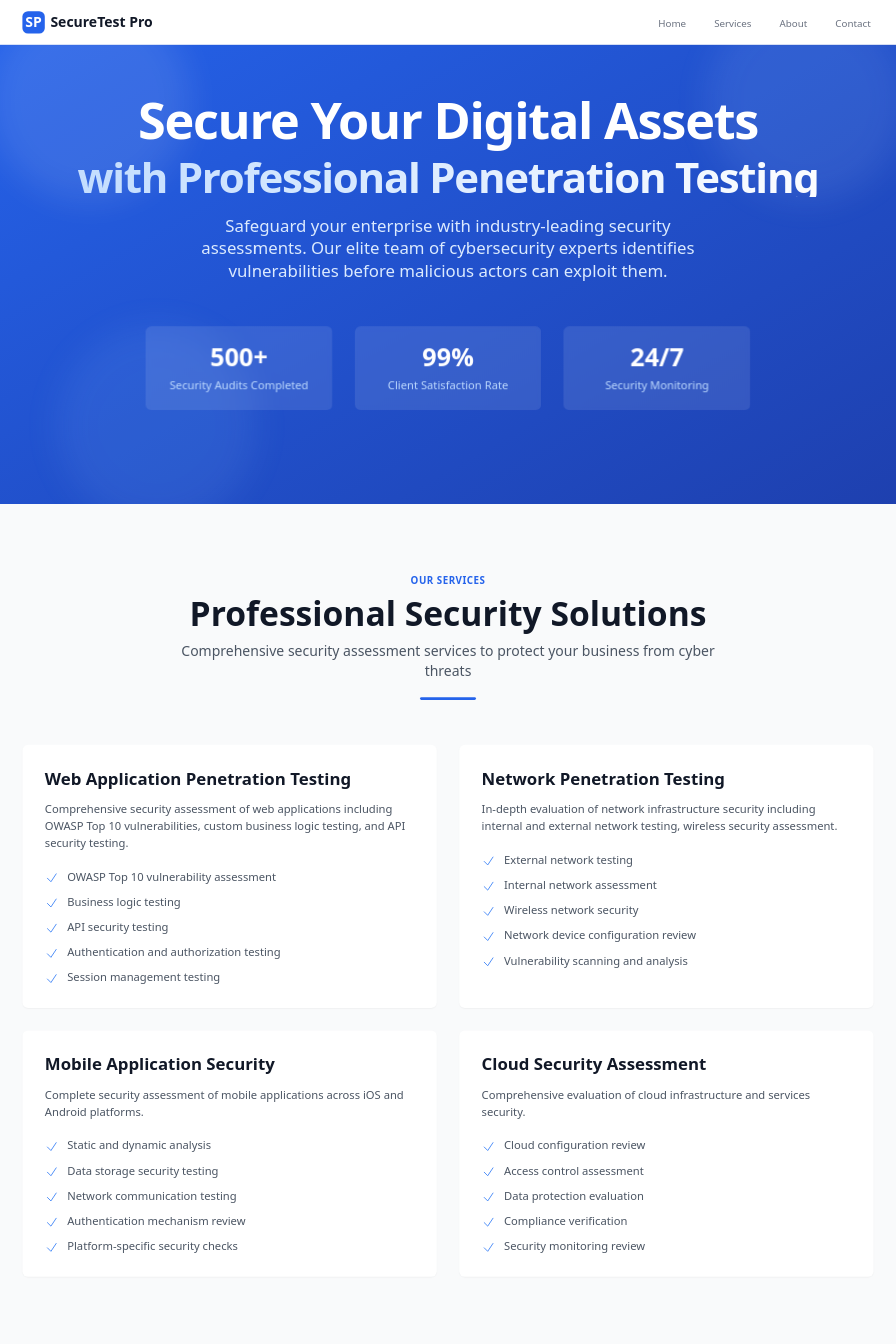
Repository: ZSayless/Penetration-test
Page: /
An editor plug-in stored every save of this project. The page is shown before and after the next save, followed by the edit.
The browser window is 1280 px wide. The pictures show the part of the page from y = 0 to 1920 px (the page is 8123 px tall before and 8303 px after), at 70% of full size.
The project was rebuilt for these pictures with package versions that can differ from the ones it lists, and the page was loaded fresh each time. The framework's server and built-in components were replaced by stand-ins that run in the browser. Also part of the build but not shown: next.config.js.

Above is the page before, as saved 2024-12-06 10:24:37.

After the next save:
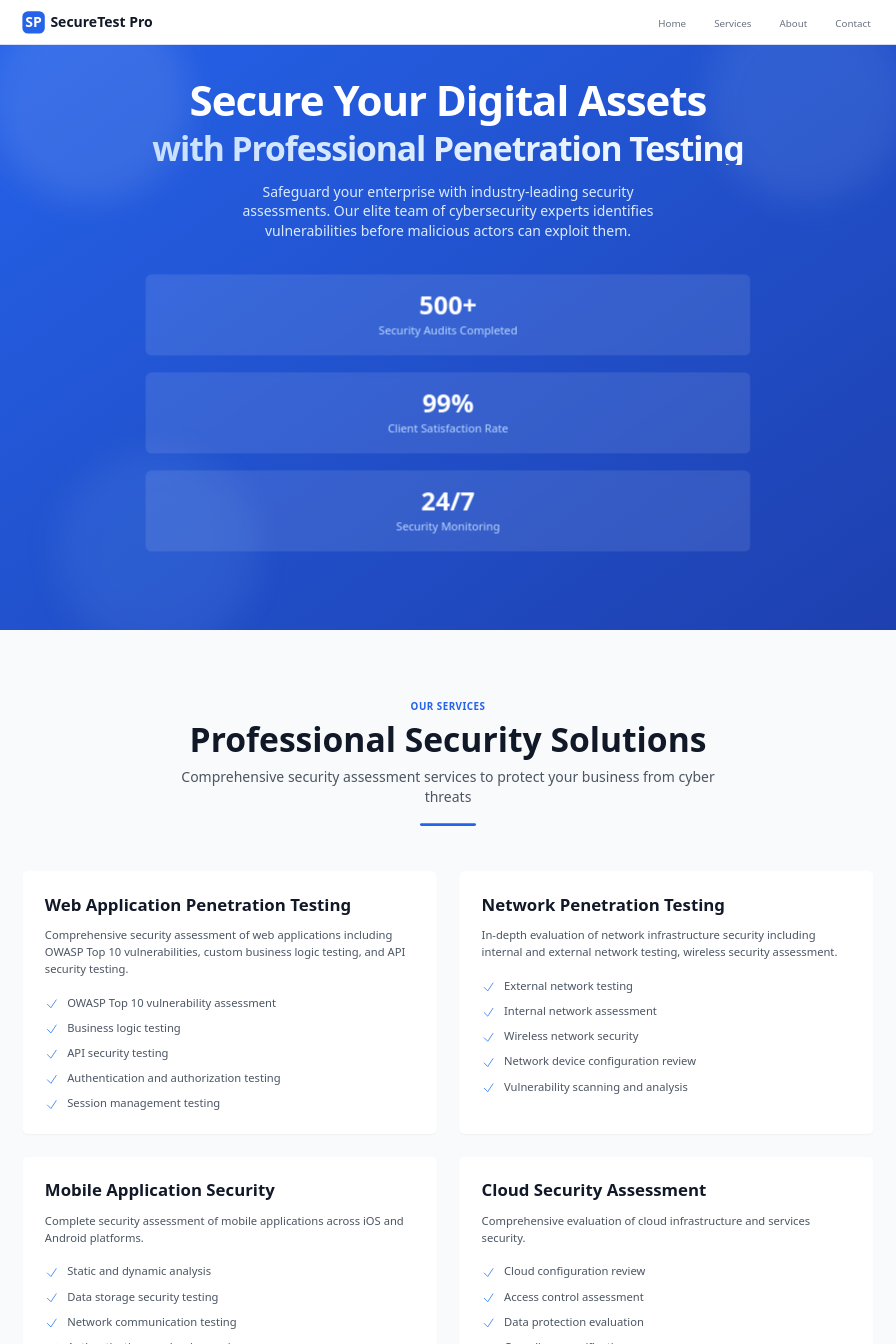
Saved 2 min 29 s later.
--- a/src/app/page.tsx
+++ b/src/app/page.tsx
@@ -14,7 +14,7 @@ import Tools from '@/components/sections/Tools';
 export default function Home() {
   return (
     <main>
-      <section id="home" className="relative min-h-screen flex items-center justify-center overflow-hidden px-4 sm:px-6 lg:px-8">
+      <section id="home" className="relative min-h-screen flex items-center justify-center overflow-hidden px-4 sm:px-6 lg:px-8 py-20 sm:py-24 md:py-28">
         <div className="absolute inset-0 bg-gradient-to-br from-blue-600 to-blue-800">
           <div className="absolute inset-0 opacity-10 hidden md:block">
             <div className="absolute top-0 -left-4 w-48 h-48 md:w-72 md:h-72 bg-white rounded-full mix-blend-multiply filter blur-xl animate-blob"></div>
@@ -26,32 +26,34 @@ export default function Home() {
         </div>
 
         <div className="relative w-full max-w-7xl mx-auto">
-          <div className="text-center">
-            <h1 className="text-4xl sm:text-5xl md:text-6xl lg:text-7xl font-bold mb-4 sm:mb-6 text-white tracking-tight">
-              Secure Your Digital Assets
-              <span className="block mt-2 sm:mt-4 text-3xl sm:text-4xl md:text-5xl lg:text-6xl bg-gradient-to-r from-blue-200 to-white bg-clip-text text-transparent">
-                with Professional Penetration Testing
-              </span>
-            </h1>
-            <p className="text-lg sm:text-xl md:text-2xl max-w-3xl mx-auto text-blue-100 mb-8 sm:mb-12 px-4">
-              Safeguard your enterprise with industry-leading security assessments.
-              Our elite team of cybersecurity experts identifies vulnerabilities
-              before malicious actors can exploit them.
-            </p>
+          <div className="text-center space-y-8 sm:space-y-12">
+            <div className="space-y-4 sm:space-y-6">
+              <h1 className="text-3xl sm:text-4xl md:text-5xl lg:text-6xl font-bold text-white tracking-tight px-4">
+                Secure Your Digital Assets
+                <span className="block mt-2 sm:mt-4 text-2xl sm:text-3xl md:text-4xl lg:text-5xl bg-gradient-to-r from-blue-200 to-white bg-clip-text text-transparent">
+                  with Professional Penetration Testing
+                </span>
+              </h1>
+              <p className="text-base sm:text-lg md:text-xl max-w-2xl mx-auto text-blue-100 px-4">
+                Safeguard your enterprise with industry-leading security assessments.
+                Our elite team of cybersecurity experts identifies vulnerabilities
+                before malicious actors can exploit them.
+              </p>
+            </div>
 
-            <div className="grid grid-cols-1 sm:grid-cols-2 lg:grid-cols-3 gap-4 sm:gap-6 lg:gap-8 max-w-4xl mx-auto mt-8 sm:mt-16 px-4">
+            <div className="grid grid-cols-1 gap-4 sm:gap-6 max-w-lg sm:max-w-2xl lg:max-w-4xl mx-auto px-4">
               <div className="p-4 sm:p-6 rounded-lg bg-white/10 backdrop-blur-sm transform hover:scale-105 transition-transform duration-300">
-                <div className="text-3xl sm:text-4xl font-bold text-white mb-1 sm:mb-2">500+</div>
+                <div className="text-3xl sm:text-4xl font-bold text-white mb-1">500+</div>
                 <div className="text-sm sm:text-base text-blue-200">Security Audits Completed</div>
               </div>
 
               <div className="p-4 sm:p-6 rounded-lg bg-white/10 backdrop-blur-sm transform hover:scale-105 transition-transform duration-300">
-                <div className="text-3xl sm:text-4xl font-bold text-white mb-1 sm:mb-2">99%</div>
+                <div className="text-3xl sm:text-4xl font-bold text-white mb-1">99%</div>
                 <div className="text-sm sm:text-base text-blue-200">Client Satisfaction Rate</div>
               </div>
 
-              <div className="p-4 sm:p-6 rounded-lg bg-white/10 backdrop-blur-sm transform hover:scale-105 transition-transform duration-300 sm:col-span-2 lg:col-span-1">
-                <div className="text-3xl sm:text-4xl font-bold text-white mb-1 sm:mb-2">24/7</div>
+              <div className="p-4 sm:p-6 rounded-lg bg-white/10 backdrop-blur-sm transform hover:scale-105 transition-transform duration-300">
+                <div className="text-3xl sm:text-4xl font-bold text-white mb-1">24/7</div>
                 <div className="text-sm sm:text-base text-blue-200">Security Monitoring</div>
               </div>
             </div>
